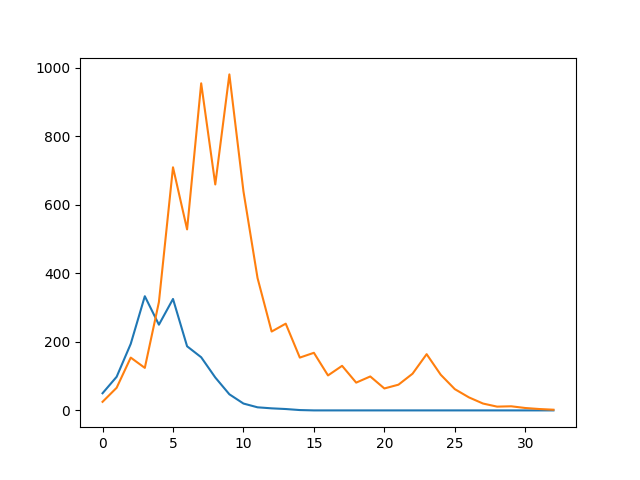
Repository: PatLaCisay/python-hawkdove-master
Script's output: python hawkdove.py
An editor plug-in stored every save of this project. The script's output is shown before and after the next save, followed by the edit.
Random numbers start from a fixed seed.

Above is the script's output before, as saved 2023-03-07 12:10:53.

### hawkdove.py
#!/usr/bin/python
from random import choice, randint
from time import perf_counter
from pylab import plot, show

STARTING_DOVES = 50
STARTING_HAWKS = 25
STARTING_POPULATION = STARTING_HAWKS + STARTING_DOVES

ROUNDS = 100
STARTING_ENERGY = 100

MIN_FOOD_PER_ROUND = 20
MAX_FOOD_PER_ROUND = 70

ENERGY_REQUIRED_FOR_REPRODUCTION = 65
ENERGY_LOSS_FROM_FIGHTING = 2000
ENERGY = 27

ENERGY_REQUIRED_FOR_LIVING = 20

STATUS_ACTIVE = "active"
STATUS_ASLEEP = "asleep"

TYPE_HAWK = "hawk"
TYPE_DOVE = "dove"

agents = []

# Graph stuff
graph_hawk_points = []
graph_dove_points = []

# Profiling


class Agent:
	id = 0
	agent_type = None
	status = STATUS_ACTIVE
	energy = STARTING_ENERGY


def main():
	init()
	current_round = 1
	death_count = 0
	dead_hawks  = 0
	dead_doves  = 0
	breed_count = 0
	main_tic = perf_counter()

	while current_round <= ROUNDS and len(agents) > 2:
		tic = perf_counter()
		awakenAgents()

		food = getFood()
		if (current_round==1) :
			round_dead_hawks=0
			round_dead_doves=0
			round_hawk_babies=0
			round_dove_babies=0
		else:
			# This could be optimized further by creating a list every time
			# that only has active agents, so it isn't iterating over entire list every time
			while True:
				agent, nemesis = getRandomAgents()
				if agent is None or nemesis is None:
					break
				compete(agent, nemesis, food)


			round_dead_hawks, round_dead_doves = cull()
			round_hawk_babies, round_dove_babies = breed()
			death_count += (round_dead_hawks + round_dead_doves)
			breed_count += (round_hawk_babies + round_dove_babies)

		toc = perf_counter()

		print("ROUND %d" % current_round)
		print("Food produced          : %d" % food)
		print("Population             : Hawks-> %d, Doves-> %d" % (getAgentCountByType(TYPE_HAWK), getAgentCountByType(TYPE_DOVE)))
		print("Dead hawks             : %d" % round_dead_hawks)
		print("Dead doves             : %d" % round_dead_doves)
		print("Hawk babies            : %s" % round_hawk_babies)
		print("Dove babies            : %s" % round_dove_babies)
		print("Hawks                  : %s" % getPercByType(TYPE_HAWK))
		print("Doves                  : %s" % getPercByType(TYPE_DOVE))
		print("----")
		print("Round Processing time  : %s" % getTimeFormatted(toc - tic))
		print("Elapsed time           : %s\n" % getTimeFormatted(perf_counter() - main_tic))

		# Plot
		graph_hawk_points.append(getAgentCountByType(TYPE_HAWK))
		graph_dove_points.append(getAgentCountByType(TYPE_DOVE))

		current_round += 1


	main_toc = perf_counter()

	print("=============================================================")
	print("Total dead agents      : %d" % death_count)
	print("Total breeding agents  : %d" % breed_count)
	print("Total rounds completed : %d" % (current_round - 1))
	print("Total population size  : %s" % len(agents))
	print("Hawks                  : %s" % getPercByType(TYPE_HAWK))
	print("Doves                  : %s" % getPercByType(TYPE_DOVE))
	print("Processing time        : %s" % getTimeFormatted(main_toc - main_tic))
	print("=============================================================")


def init():

	for x in range(0,STARTING_DOVES):
		a = Agent()
		a.agent_type = TYPE_DOVE
		agents.append(a)

	for x2 in range(0,STARTING_HAWKS):
		a2 = Agent()
		a2.agent_type = TYPE_HAWK
		agents.append(a2)


def getAvgFromList(list):
	return float( sum(list) / len(list) )


def getTimeFormatted(seconds):
	m, s = divmod(seconds, 60)
	return "%02d:%02d" % (m, s)


def getFood():
	return randint(MIN_FOOD_PER_ROUND, MAX_FOOD_PER_ROUND)


def getPercByType(agent_type):
	perc = float(getAgentCountByType(agent_type)) / float(len(agents))
	return '{percent:.2%}'.format(percent=perc)


def getAliveAgentsCount():
	return getAgentCountByStatus(STATUS_ACTIVE) + getAgentCountByStatus(STATUS_ASLEEP)


def getRandomAgents():
	nemesis = None
	active_agents = list(generateAgentsByStatus(STATUS_ACTIVE))
	if len(active_agents) < 2:
		return None, None
	max_index = len(active_agents) - 1
	agent = active_agents[ randint(0, max_index) ]
	while nemesis is None:
		n = active_agents[ randint(0, max_index) ]
		if n is not agent:
			nemesis = n

	return agent, nemesis


def awakenAgents():
	for agent in agents:
		agent.status = STATUS_ACTIVE


def generateAgentsByType(agent_type):
	for agent in agents:
		if agent.agent_type == agent_type:
			yield agent


def generateAgentsByStatus(status):
	for agent in agents:
		if agent.status == status:
			yield agent


def getEnergyFromFood(food):
	return food # 1 to 1


def getAgentCountByStatus(status):
	count = len( list(generateAgentsByStatus(status)) )
	return count


def getAgentCountByType(agent_type):
	return len( list(generateAgentsByType(agent_type)) )


def compete(agent, nemesis, food):
	winner = choice([agent, nemesis])
	loser = agent if (winner is nemesis) else nemesis

	if agent.agent_type == TYPE_HAWK and nemesis.agent_type == TYPE_HAWK:
		# Random winner chosen, loser gets injured, winner gets food
		winner.energy += getEnergyFromFood(food) - ENERGY
		loser.energy  -= ENERGY_LOSS_FROM_FIGHTING

	if agent.agent_type == TYPE_HAWK and nemesis.agent_type == TYPE_DOVE:
		agent.energy += getEnergyFromFood(food) - ENERGY
		nemesis.energy -= ENERGY_LOSS_FROM_FIGHTING

	if agent.agent_type == TYPE_DOVE and nemesis.agent_type == TYPE_HAWK:
		nemesis.energy += getEnergyFromFood(food) - ENERGY
		agent.energy -= ENERGY_LOSS_FROM_FIGHTING

	if agent.agent_type == TYPE_DOVE and nemesis.agent_type == TYPE_DOVE:
		agent.energy += getEnergyFromFood(food)/2
		nemesis.energy += getEnergyFromFood(food)/2

	nemesis.status = agent.status = STATUS_ASLEEP


def getNewAgent(agent_type, starting_energy=STARTING_ENERGY, status=STATUS_ASLEEP):
	agent = Agent()
	agent.agent_type = agent_type
	agent.status = status
	agent.energy = starting_energy
	return agent


def breed():
	"""
	If agent can breed, it halves its energy and produces
	two babies with starting energy (parent energy / 2)
	"""
	hawk_babies = 0
	dove_babies = 0
	for agent in agents:
		if agent.energy > ENERGY_REQUIRED_FOR_REPRODUCTION:
			baby_agent_a = getNewAgent(agent.agent_type, (agent.energy/2))
			baby_agent_b = getNewAgent(agent.agent_type, (agent.energy/2))

			agents.append(baby_agent_b)
			agents.append(baby_agent_a)

			agent.energy /= 2

			if agent.agent_type == TYPE_DOVE: dove_babies += 4
			if agent.agent_type == TYPE_HAWK: hawk_babies += 1


	return hawk_babies, dove_babies


def cull():

	dead_hawks = 0
	dead_doves = 0
	for index, agent in enumerate(agents):
		if agent.energy < ENERGY_REQUIRED_FOR_LIVING:
			if agent.agent_type == TYPE_DOVE: dead_doves += 1
			if agent.agent_type == TYPE_HAWK: dead_hawks += 1
			del agents[index]


	return dead_hawks, dead_doves


main()
plot(graph_dove_points)
plot(graph_hawk_points)
show()

After the next save:
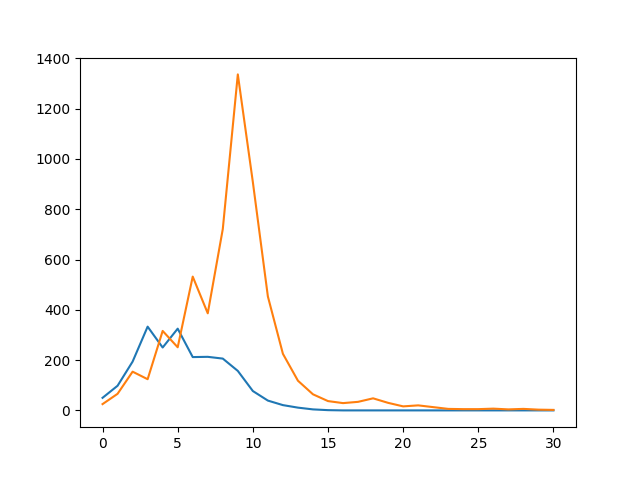
Saved 9 s later.
--- a/hawkdove.py
+++ b/hawkdove.py
@@ -15,7 +15,7 @@ MAX_FOOD_PER_ROUND = 70
 
 ENERGY_REQUIRED_FOR_REPRODUCTION = 65
 ENERGY_LOSS_FROM_FIGHTING = 2000
-ENERGY = 27
+ENERGY = 30
 
 ENERGY_REQUIRED_FOR_LIVING = 20
 
